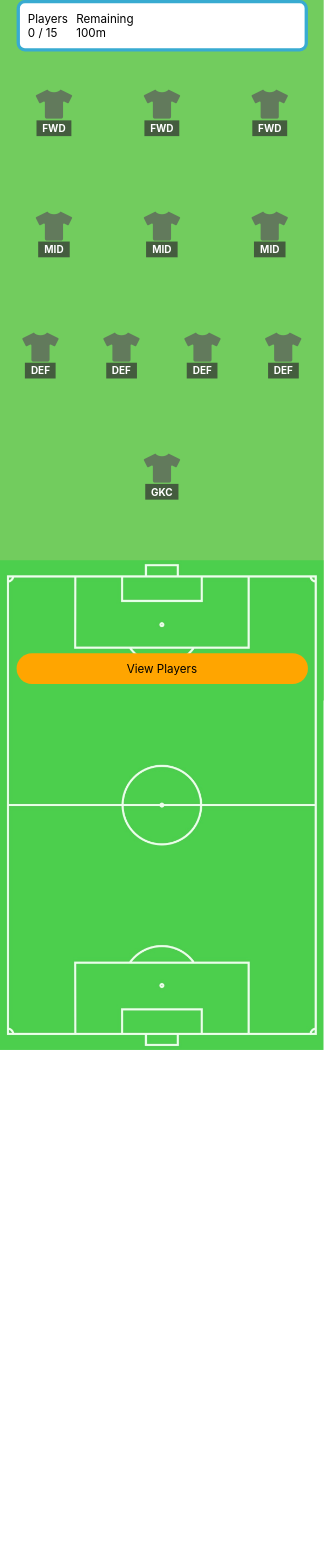
Repository: JavaidAhmadKhan/UEFA
Screen: /
These files come from the project's save history. The screen is drawn as it stood at one moment and after the next save; the edit follows.
The pictures are shown at 83% of full size.
The app was drawn by React Native's web renderer in a window 390 px wide. The project was rebuilt for these pictures with package versions that can differ from the ones it lists, and the page was loaded fresh each time. Some packages were replaced by stand-ins written for this rebuild.

Above is the screen before, as saved 2021-07-07 12:08:53.

After the next save:
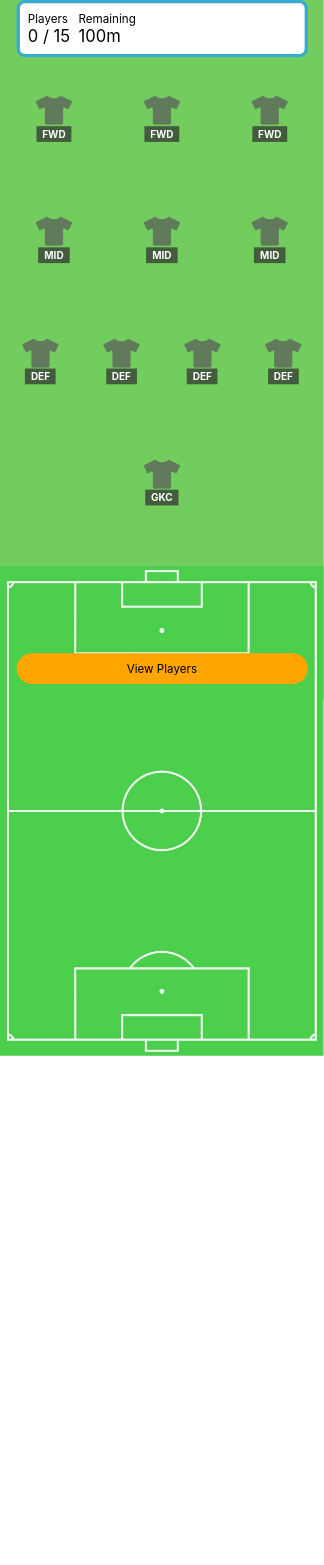
Saved 17 s later.
--- a/components/TeamStats.tsx
+++ b/components/TeamStats.tsx
@@ -31,7 +31,9 @@ const styles = StyleSheet.create({
     marginRight: 10,
   },
   label: {},
-  value: {},
+  value: {
+      fontSize: 20,
+  },
 });
 
 export default TeamStats;
